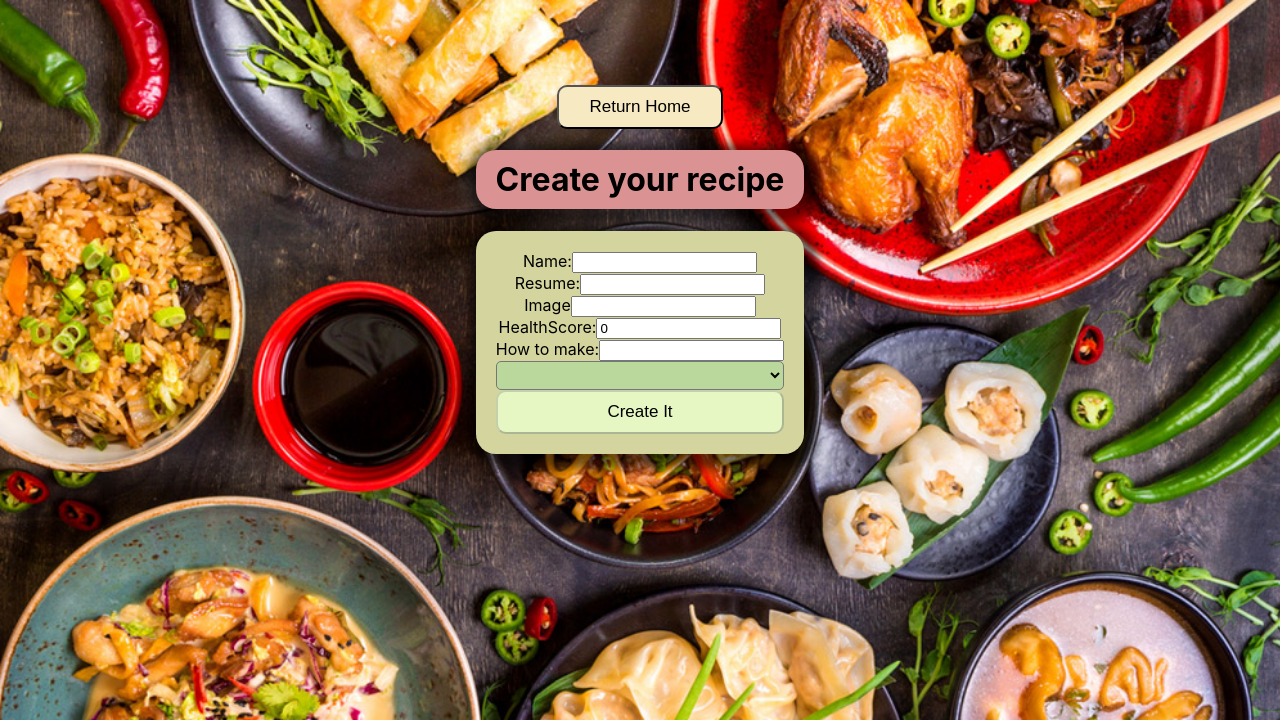
Repository: ezeoli/pi-food-ezeoli
Page: /recipes (app in client/)
An editor plug-in stored every save of this project. The page is shown before and after the next save, followed by the edit.
The browser window is 1280 px wide. The pictures show the whole page.
The page's requests for data from a server got no answer. The project was rebuilt for these pictures with package versions that can differ from the ones it lists, and the page was loaded fresh each time. No one was signed in, and anything a server would have sent is missing. Also part of the build but not shown: client/src/components/landing/Landing.module.css, client/src/components/landing/landing.js, client/src/components/card/Card.module.css, client/src/components/card/card.js, client/src/components/pagination/Pagination.module.css, client/src/components/pagination/Pagination.js, client/src/components/loading/Loading.module.css, client/src/components/loading/Loading.js and 8 more.

Above is the page before, as saved 2022-11-22 13:03:50.

### client/public/index.html
<!DOCTYPE html>
<html lang="en">
  <head>
    <meta charset="utf-8" />
    <link rel="icon" href="%PUBLIC_URL%/favicon.ico" />
    <meta name="viewport" content="width=device-width, initial-scale=1" />
    <meta name="theme-color" content="#000000" />
    <meta
      name="description"
      content="Web site created using create-react-app"
    />
    <link rel="apple-touch-icon" href="%PUBLIC_URL%/logo192.png" />
    <!--
      manifest.json provides metadata used when your web app is installed on a
      user's mobile device or desktop. See https://developers.google.com/web/fundamentals/web-app-manifest/
    -->
    <link rel="manifest" href="%PUBLIC_URL%/manifest.json" />
    <!--
      Notice the use of %PUBLIC_URL% in the tags above.
      It will be replaced with the URL of the `public` folder during the build.
      Only files inside the `public` folder can be referenced from the HTML.

      Unlike "/favicon.ico" or "favicon.ico", "%PUBLIC_URL%/favicon.ico" will
      work correctly both with client-side routing and a non-root public URL.
      Learn how to configure a non-root public URL by running `npm run build`.
    -->
    <title>Recipe Page</title>
  </head>
  <body>
    <noscript>You need to enable JavaScript to run this app.</noscript>
    <div id="root"></div>
    <!--
      This HTML file is a template.
      If you open it directly in the browser, you will see an empty page.

      You can add webfonts, meta tags, or analytics to this file.
      The build step will place the bundled scripts into the <body> tag.

      To begin the development, run `npm start` or `yarn start`.
      To create a production bundle, use `npm run build` or `yarn build`.
    -->
  </body>
</html>

### client/src/index.js
import React from 'react';
import ReactDOM from 'react-dom';
import './index.css';
import App from './App';
import reportWebVitals from './reportWebVitals';
import { BrowserRouter } from 'react-router-dom';
import { Provider } from 'react-redux';
import store from './redux/store';

ReactDOM.render(
   <React.StrictMode>
      <Provider store={store}>
         <BrowserRouter>
            <App />
         </BrowserRouter>
      </Provider>
   </React.StrictMode>,
   document.getElementById('root'),
);

// If you want to start measuring performance in your app, pass a function
// to log results (for example: reportWebVitals(console.log))
// or send to an analytics endpoint. Learn more: https://bit.ly/CRA-vitals
reportWebVitals();

### client/src/App.js
import './App.css';
import React from 'react';
import{BrowserRouter,Route,Switch} from 'react-router-dom'
import Landing from './components/landing/Landing'
import Home from './components/home/Home'
import RecipeDetail from './components/cardDetails/CardDetails'
import NavBar from './components/navBar/NavBar';
import CreateRecipe from './components/creacteRecipe/CreateRecipe';
//
function App() {
  return (
    <BrowserRouter>

    <div className="App">


   <Route path="/home"> <NavBar />  </Route>

      <Switch>

        <Route exact path = '/' component = {Landing}/>
        <Route exact path = '/home' component = {Home}/>
        <Route exact path="/recipes/:id" render={( {match}) => <RecipeDetail match={match} />}/>
        <Route exact path ='/recipes' component={CreateRecipe}/>
      </Switch>
    </div>
    </BrowserRouter>
  );

}

export default App;

### client/src/redux/store/index.js
import { createStore, applyMiddleware, compose } from 'redux';
import rootReducer from '../reducer';
import thunk from 'redux-thunk';

const composeEnhancers =
   (typeof window !== 'undefined' &&
      window.__REDUX_DEVTOOLS_EXTENSION_COMPOSE__) ||
   compose;

const store = createStore(
   rootReducer,
   composeEnhancers(applyMiddleware(thunk)),
);

export default store;

### client/src/components/creacteRecipe/CreateRecipe.js
import React, {useEffect , useState} from "react";
import { Link } from "react-router-dom";
import {getDiets , postRecipes} from '../../redux/actions/index';
import { useDispatch, useSelector } from "react-redux";
import styles from './CreateRecipe.module.css'




export default function CreateRecipe() {
    const dispatch = useDispatch()
    const listDiets = useSelector((state) => state.diets )
    const [errors,setErrors]=useState({})      // este estado local es para, las validaciones(del formulario controlado)
    const [input,setInput] = useState({
        name :'',
        resume:'',
        healthScore:0,
        howTomake:'',
        diets:[]
    })

    function controlForm (input){
    const reg = new RegExp('^[0-9]+$');
    let errors = {}
    if(!input.name) errors.name= 'Please put the title of the recipe'
    if(!input.resume) errors.resume= 'Please put the resume of the recipe'
    if(input.healthScore<0 || input.healthScore>100 )  errors.healthScore='Put a healthScore between 0-100'

    return errors
    }
    // console.log(input);
    useEffect(() => {
        dispatch(getDiets())
        },[dispatch])

        function handleChange(e){
        setInput({
            ...input,
    [e.target.name] : e.target.value})
        setErrors(controlForm({
            ...input,
            [e.target.name] : e.target.value    // me copio todo lo que venga del formulario , en el caso de que en alguno
        }))                               // no cumpla con las validaciones, se va a poner un texto advirtiendo
    }

function handleSelect(e){
    setInput({
        ...input,
        diets:[...input.diets, e.target.value]
    })
}
function handleSubmit(e){
    e.preventDefault();
    dispatch(postRecipes(input))
    alert('Congratulations, The new recipe has been created!')
    setInput({
        name :'',
        resume:'',
        healthScore:0 ,
        image:'',
        howToMake:'',
        diets:[]
    })
}
function handleDelete(e){
    setInput({
        ...input,
        diets: input.diets.filter(diet => diet !== e )
    }) //este es para borrar algun tipe diet que haya elegido, va a crear un nuevo array con todos los que no sean
}//    el elemento que le hice click

    return (
        <div className={styles.bkg}>
        <div className={styles.container}>
            <Link to ='/home' ><button className={styles.btn}>Return Home</button></Link>
            <h1 className={styles.h1}>Create your recipe</h1>
            <form onSubmit={(e) => {handleSubmit(e)}} className={styles.form}>
                <div>
                    <label>Name:</label>
                    <input
                    type='text'
                    name='name'
                    value={input.name}
                    onChange={(e) => {handleChange(e)}}
                    />
                    { errors.name && (
                        <p className={styles.error}>{errors.name}</p>
                    ) }
                </div>
                <div>
                    <label>Resume:</label>
                    <input
                    type='text'
                    name='resume'
                    value={input.resume}
                    onChange={(e) => {handleChange(e)}}
                    />
                    { errors.resume && (
                        <p className={styles.error}>{errors.resume}</p>
                    ) }
                </div>
                <div>
                    <label>Image</label>
                    <input
                    type='text'
                    name='image'
                    value={input.image}
                    onChange={(e) => {handleChange(e)}}
                    />
                    { errors.image && (
                        <p className={styles.error}>{errors.image}</p>
                    ) }
                </div>
                <div>
                    <label>HealthScore:</label>
                    <input
                    type='text'
                    name='healthScore'
                    value={input.healthScore}
                    onChange={(e) => {handleChange(e)}}
                    />
                     { errors.healthScore && (
                        <p className={styles.error}>{errors.healthScore}</p>
                    ) }
                </div>
                <div>
                    <label>How to make:</label>
                    <input
                    type='text'
                    name='howToMake'
                    value={input.howToMake}
                    onChange={(e) => {handleChange(e)}}
                    />
                </div>
                <select onChange={(e) => handleSelect(e)} className={styles.select} >
                    {listDiets.map((t) => {

                    return <option value={t}> {t} </option>

                    })}

                </select >
                {errors.hasOwnProperty('name') || errors.hasOwnProperty('resume') || errors.hasOwnProperty('image') || errors.hasOwnProperty('healthScore')?  <p className={styles.adv}> Please complete all the inputs in order to create your recipe</p> : <button disabled={input.name  && input.resume ? false : true} type='submit' className={!input.name && !input.resume ? styles.correct : styles.incorrect}> Create It</button> }

            </form>

            {input.diets.map(e => {
               return(
               <div >
                    <h5 className={styles.types}>{e}</h5>
                    <button className={styles.btnx} onClick={() => handleDelete(e)}>X</button>

                </div>
            )})}
        </div>
        </div>
    )

}

### client/src/redux/reducer/index.js
import { GET_RECIPES } from "../actions";
import { GET_DETAILS } from "../actions";
import { GET_BY_NAME } from "../actions";
import {RESET_DETAIL} from "../actions";
import {FILTER_RECIPES} from "../actions";
import {FILTER_ORIGIN} from "../actions";
import {SORT_RECIPES } from "../actions";
import {GET_DIETS } from "../actions";
import {RESET_RECIPES} from "../actions";
import {POST_RECIPE} from "../actions";

export const initialState = {
    recipes: [],
    allRecipes : [],
    details : [],
    diets :[],
    filtered:[],
    notFound:''
}

function rootReducer (state=initialState, action) {
    switch(action.type) {
        case GET_RECIPES:
            return {
                ...state,
                recipes: action.payload,
                allRecipes: action.payload,


            }

        case GET_DETAILS:
            return {
                ...state,
                details: action.payload,
            }

        case GET_BY_NAME:
        return {
            ...state,
            recipes: action.payload,
        }
        case RESET_DETAIL:
             return{
        ...state,
        details: [''],

        }
        case GET_DIETS:
          return  {...state,
            diets:action.payload}

        case FILTER_RECIPES:
            const listedRecipes= state.filtered.length ? state.filtered : state.allRecipes
            const recipesApi= listedRecipes.filter(recipe => !recipe.createdInDB)
            const recipesDB= listedRecipes.filter(recipe => recipe.createdInDB)
            const filteredDB = recipesDB.filter(recipe => recipe.diets.includes(action.payload))
            const alternativeFilter = recipesApi.filter(recipe=>recipe[action.payload] || recipe.diets.includes(action.payload))
            const filtered = action.payload === 'default' ? listedRecipes : alternativeFilter.concat(filteredDB)
            return {
              ...state,
              filtered: (action.payload === 'default') ? listedRecipes : filtered,
              recipes: (action.payload === 'default') ? listedRecipes : filtered,
              notFound: (filtered.length===0) ? 'NOT RECIPES fOUND' : ''
            };

      case SORT_RECIPES:
      const sorted = state.filtered.length ? state.filtered : state.allRecipes
      if (action.payload === "asc") (sorted.sort((a,b) => a.name.localeCompare(b.name)))
      if(action.payload ==='desc') (sorted.sort((a,b) => b.name.localeCompare(a.name)))
      if(action.payload === 'ascH') {
        sorted.sort(function(a,b){
          if(a.healthScore > b.healthScore) { return 1 }
          if(b.healthScore > a.healthScore) { return -1 }
          return 0
        })
      }
      if(action.payload === 'descH') {
        sorted.sort(function(a,b){
          if(a.healthScore > b.healthScore) { return -1 }
          if(b.healthScore > a.healthScore) { return 1 }
          return 0
        })
      }
      return{
        ...state,
        recipes: sorted

      }
      case FILTER_ORIGIN:
      const filtradasPrevias = state.filtered.length ? state.filtered : state.allRecipes
      const filtradasDB = filtradasPrevias.filter(recipe => recipe.createdInDb)
      if(action.payload === 'db' && filtradasDB.length ) {return ({...state, recipes:filtradasDB, notFound:''})}
      if(action.payload === 'db' && !filtradasDB.length ) {return ({...state, recipes:[], notFound:'No se encontraron recetas'})}
      return{
        ...state,
        recipes:state.allRecipes
      }
      case RESET_RECIPES:
      return{
        ...state,
        filtered:[],
        recipes:[],
        notFound:''
      }
      case POST_RECIPE:
        return{
            ...state,
        }
            default:
                return state;
        }
    }

export default rootReducer;

### client/src/redux/actions/index.js
import axios from 'axios';
export const GET_RECIPES = 'GET_RECIPES';
export const GET_RECIPES_ERROR = 'GET_RECIPES_ERROR';
export const GET_DETAILS = 'GET_DETAILS';
export const GET_BY_NAME = 'GET_BY_NAME';
export const RESET_DETAIL = 'RESET_DETAIL';
export const FILTER_RECIPES = 'FILTER_RECIPES';
export const FILTER_ORIGIN = 'FILTER_ORIGIN';
export const SORT_RECIPES = 'SORT_RECIPES';
export const GET_DIETS = 'GET_DIETS';
export const RESET_RECIPES = 'RESET_RECIPES';
export const POST_RECIPE = 'POST_RECIPE';


export const getRecipes = () => async dispatch => {
        const json = await axios.get(`http://localhost:3001/recipes`);

     try {
        return dispatch({
            type : GET_RECIPES,
            payload: json.data
        })
      } catch (error) {
        const errorMessage={error:error.message}
        return dispatch({

            type : GET_RECIPES_ERROR,
            payload: errorMessage
      } )

    }

}
export const getRecipeDetail = (id) => async dispatch => {
    const json = await axios.get(`http://localhost:3001/recipes/${id}`);

    return dispatch({
        type: GET_DETAILS,
        payload: json.data
    });
};

export const getRecipesByName = (name) => async dispatch =>{

    const json = await axios.get(`http://localhost:3001/recipes?name=${name}`);

    return dispatch( {
        type : GET_BY_NAME,
        payload: json.data
    })
};
export const getDiets = () => async dispatch =>{

            const json = await axios.get('http://localhost:3001/diets');
            return dispatch({
                type: GET_DIETS,
                payload: json.data
            })
};

export function resetDetail (){
    return{
        type: RESET_DETAIL
    }
};
export function filterRecipes(payload) {

    return {
        type: FILTER_RECIPES,
        payload
    }

};
export function filterOrigin(payload){
    return {
        type: FILTER_ORIGIN,
        payload
    }
};


export function sortRecipes(payload){
    return{
        type: SORT_RECIPES,
        payload
    }
};

export function resetRecipes(){
    return{
        type: RESET_RECIPES
    }
};

export function postRecipes (payload){
    return async function(dispatch){
        var json = await axios.post(`http://localhost:3001/recipes`,payload);
        return  dispatch({
            type: POST_RECIPE,
            json

        })
    }

}

### client/src/components/creacteRecipe/CreateRecipe.module.css
.bkg{
    background-image: url('../../icons/comida.jpg');
    background-size: cover;
    background-repeat: no-repeat;
    background-attachment:fixed;
    top: 0;
    bottom: 0;
    right: 0;
    left: 0;
    position:fixed;
    display: flex;
    flex-direction: column;
    justify-content:start;
    align-items: center;

}
.container {
    display: flex;
    justify-content:flex-start;
    justify-content: space-evenly;
    flex-direction: column;
    margin-top: 85px;
}

.error{
 color: rgb(255, 0, 0);
 background-color: rgb(246, 223, 223);
 display: flex;
 border-radius: 10px;
 padding: 10px 15px 10px 15px;
}
.form{
    display: flex;
    flex-direction: column;
    background-color:rgb(212, 212, 158) ;
    border-radius: 20px;
    padding: 20px;
    box-shadow: 4px 4px 10px 10px rgba(0, 0, 0, 0.55);

}
.correct{
    -webkit-border-radius: 10;
    -moz-border-radius: 10;
    border-radius: 10px;

    color: #000000;
    font-size: 17px;
    background: #e7f7c3;
    padding: 10px 30px 10px 30px;
    text-decoration: none;

}
.incorrect{
  -webkit-border-radius: 10;
    -moz-border-radius: 10;
    border-radius: 10px;

    color: #000000;
    font-size: 17px;
  background: #e0e055;
  padding: 10px 30px 10px 30px;
  text-decoration: none;
}

  .incorrect:hover {


    text-decoration: none;
    cursor: pointer;
  }

.btn {
    -webkit-border-radius: 10;
    -moz-border-radius: 10;
    border-radius: 10px;

    color: #000000;
    font-size: 17px;
    background: #f7eac3;
    padding: 10px 30px 10px 30px;
    text-decoration: none;
  }

  .btn:hover {
    background: #f2f2b1;
    background-image: -webkit-linear-gradient(top, #f2f2b1, #f3ff99);
    background-image: -moz-linear-gradient(top, #f2f2b1, #f3ff99);
    background-image: -ms-linear-gradient(top, #f2f2b1, #f3ff99);
    background-image: -o-linear-gradient(top, #f2f2b1, #f3ff99);
    background-image: linear-gradient(to bottom, #f2f2b1, #f3ff99);
    text-decoration: none;
    cursor: pointer;
  }
  .h1{
    background-color:rgb(218, 146, 146) ;
    border-radius: 20px;
    padding: 10px;
    box-shadow: 4px 4px 10px 10px rgba(0, 0, 0, 0.55);

  }

  .types{
    background-color:rgb(218, 146, 146) ;
    border-radius: 5px;
    padding: 0.8px;
    box-shadow: 4px 4px 10px 10px rgba(0, 0, 0, 0.55);

    display: inline-block;
    flex-direction: row;
  }

  .btnx{
      background-color: red;
      color: white;
  }
  .tipos{
      display: flex;
      flex-direction: row;
  }
  .adv{
    background-color: red;
    color: white;
    padding: 5px;
    border-radius: 5px;
  }
  .select{
    background: rgb(186, 216, 156);
    cursor: pointer;
    display:inline-block;
    justify-content: center;
    text-align: center;
    padding: 5px;
    border-radius: 5px;
    border-style: groove;
  }

Loaded but not shown: client/src/index.css (common file); client/src/reportWebVitals.js (common file); client/src/App.css (common file)

After the next save:
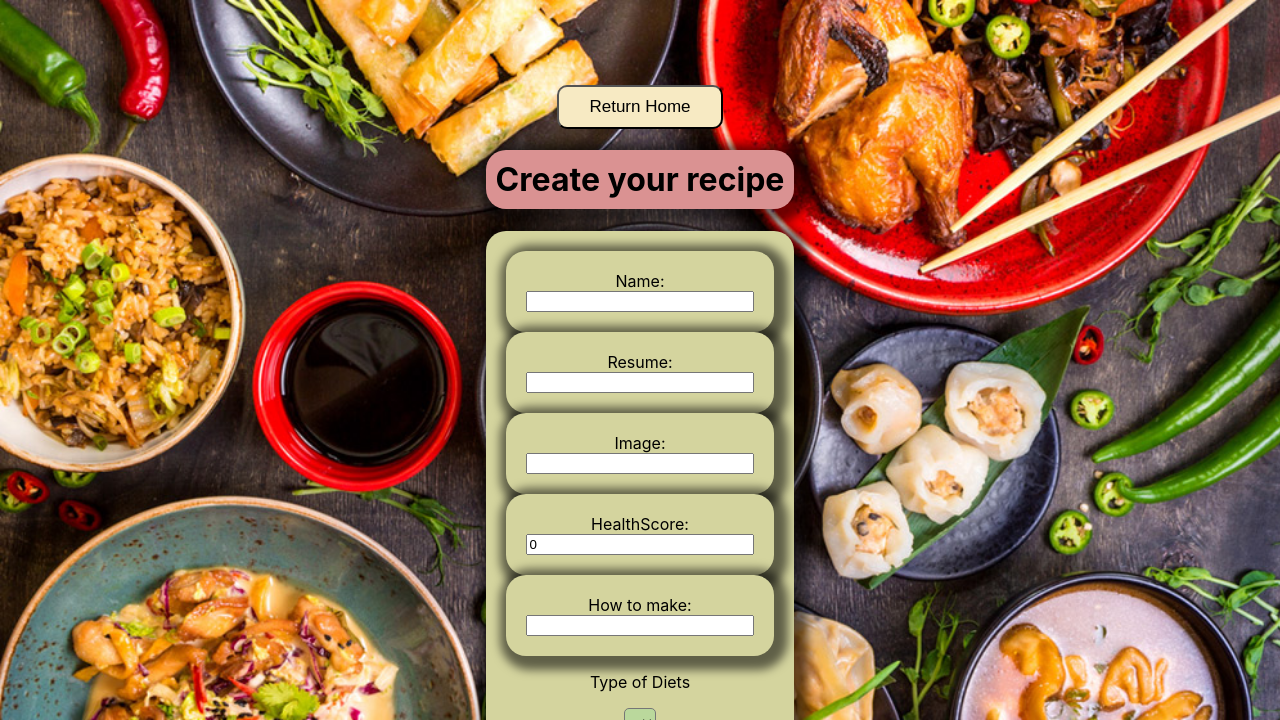
Saved 28 min 47 s later.
--- a/client/src/components/creacteRecipe/CreateRecipe.js
+++ b/client/src/components/creacteRecipe/CreateRecipe.js
@@ -1,5 +1,5 @@
 import React, {useEffect , useState} from "react";
-import { Link } from "react-router-dom";
+import { Link , useHistory} from "react-router-dom";
 import {getDiets , postRecipes} from '../../redux/actions/index';
 import { useDispatch, useSelector } from "react-redux";
 import styles from './CreateRecipe.module.css'
@@ -10,6 +10,7 @@ import styles from './CreateRecipe.module.css'
 export default function CreateRecipe() {
     const dispatch = useDispatch()
     const listDiets = useSelector((state) => state.diets )
+    const history = useHistory()
     const [errors,setErrors]=useState({})      // este estado local es para, las validaciones(del formulario controlado)
     const [input,setInput] = useState({
         name :'',
@@ -20,11 +21,11 @@ export default function CreateRecipe() {
     })
 
     function controlForm (input){
-    const reg = new RegExp('^[0-9]+$');
+
     let errors = {}
-    if(!input.name) errors.name= 'Please put the title of the recipe'
+    if(!input.name) errors.name= 'Please put the name of the recipe'
     if(!input.resume) errors.resume= 'Please put the resume of the recipe'
-    if(input.healthScore<0 || input.healthScore>100 )  errors.healthScore='Put a healthScore between 0-100'
+    if(input.healthScore<0 || input.healthScore>100 || isNaN(Number(input.healthScore)))  errors.healthScore='Put a healthScore between 0-100'
 
     return errors
     }
@@ -61,6 +62,7 @@ function handleSubmit(e){
         howToMake:'',
         diets:[]
     })
+    history.push('/home')
 }
 function handleDelete(e){
     setInput({
@@ -75,7 +77,8 @@ function handleDelete(e){
             <Link to ='/home' ><button className={styles.btn}>Return Home</button></Link>
             <h1 className={styles.h1}>Create your recipe</h1>
             <form onSubmit={(e) => {handleSubmit(e)}} className={styles.form}>
-                <div>
+            <div className={styles.section1}>
+                <div className={styles.form}>
                     <label>Name:</label>
                     <input
                     type='text'
@@ -87,7 +90,7 @@ function handleDelete(e){
                         <p className={styles.error}>{errors.name}</p>
                     ) }
                 </div>
-                <div>
+                 <div className={styles.form}>
                     <label>Resume:</label>
                     <input
                     type='text'
@@ -98,9 +101,11 @@ function handleDelete(e){
                     { errors.resume && (
                         <p className={styles.error}>{errors.resume}</p>
                     ) }
+                 </div>
                 </div>
-                <div>
-                    <label>Image</label>
+                <div className={styles.section2}>
+                <div className={styles.form}>
+                    <label>Image:</label>
                     <input
                     type='text'
                     name='image'
@@ -111,7 +116,7 @@ function handleDelete(e){
                         <p className={styles.error}>{errors.image}</p>
                     ) }
                 </div>
-                <div>
+                <div className={styles.form}>
                     <label>HealthScore:</label>
                     <input
                     type='text'
@@ -123,8 +128,8 @@ function handleDelete(e){
                         <p className={styles.error}>{errors.healthScore}</p>
                     ) }
                 </div>
-                <div>
-                    <label>How to make:</label>
+                <div className={styles.form}>
+                    <label  >How to make:</label>
                     <input
                     type='text'
                     name='howToMake'
@@ -132,7 +137,11 @@ function handleDelete(e){
                     onChange={(e) => {handleChange(e)}}
                     />
                 </div>
-                <select onChange={(e) => handleSelect(e)} className={styles.select} >
+                </div>
+                <div className={styles.form1}>
+                <p className={styles.tipos2} > Type of Diets </p>
+                <select  onChange={(e) => handleSelect(e)} className={styles.select} >
+
                     {listDiets.map((t) => {
 
                     return <option value={t}> {t} </option>
@@ -140,13 +149,14 @@ function handleDelete(e){
                     })}
 
                 </select >
+                </div>
                 {errors.hasOwnProperty('name') || errors.hasOwnProperty('resume') || errors.hasOwnProperty('image') || errors.hasOwnProperty('healthScore')?  <p className={styles.adv}> Please complete all the inputs in order to create your recipe</p> : <button disabled={input.name  && input.resume ? false : true} type='submit' className={!input.name && !input.resume ? styles.correct : styles.incorrect}> Create It</button> }
 
             </form>
 
             {input.diets.map(e => {
                return(
-               <div >
+               <div className={styles.form2} >
                     <h5 className={styles.types}>{e}</h5>
                     <button className={styles.btnx} onClick={() => handleDelete(e)}>X</button>
 
